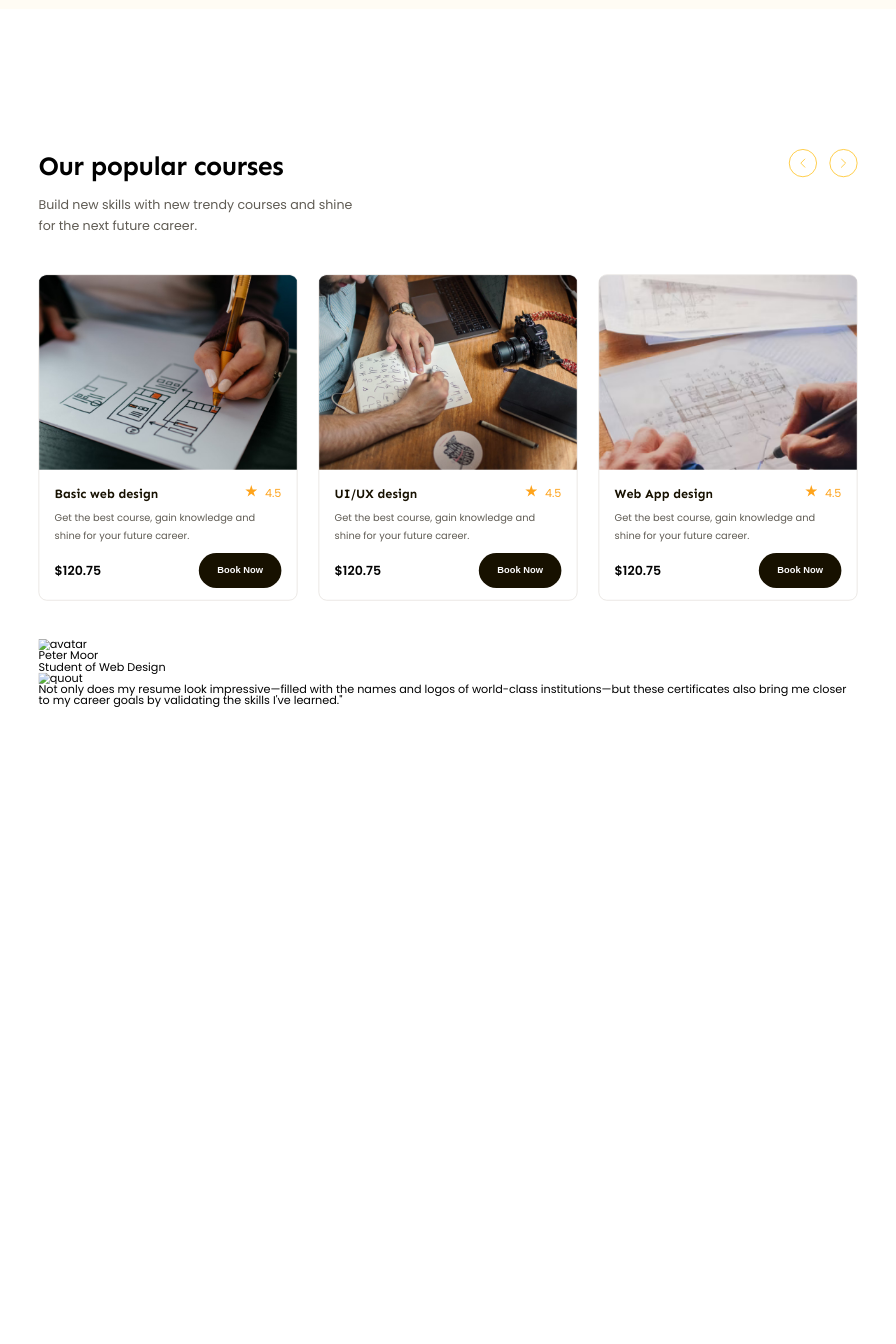
Repository: Toihoclaptrinh/duan1_figma
Page: index.html
An editor plug-in stored every save of this project. The page is shown before and after the next save, followed by the edit.
The browser window is 1280 px wide. The pictures show the part of the page from y = 890 to 2810 px (the page is 10000 px tall), at 70% of full size.

Above is the page before, as saved 2024-02-09 23:08:24.

After the next save:
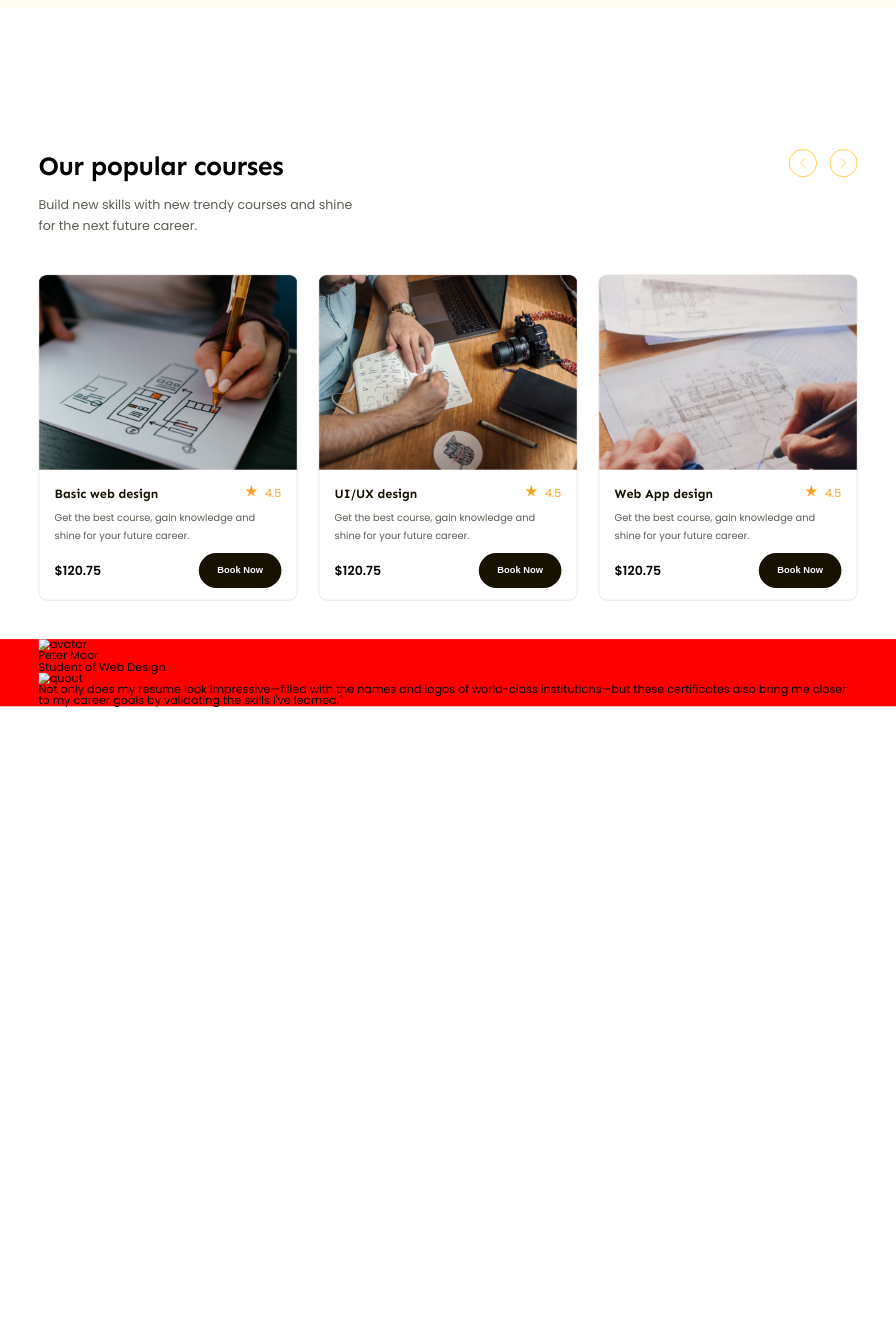
Saved 23 s later.
--- a/assets/css/style.css
+++ b/assets/css/style.css
@@ -405,3 +405,7 @@ a {
   color: #ffffff;
   cursor: pointer;
 }
+
+.feedback {
+  background-color: red;
+}

After the save that followed:
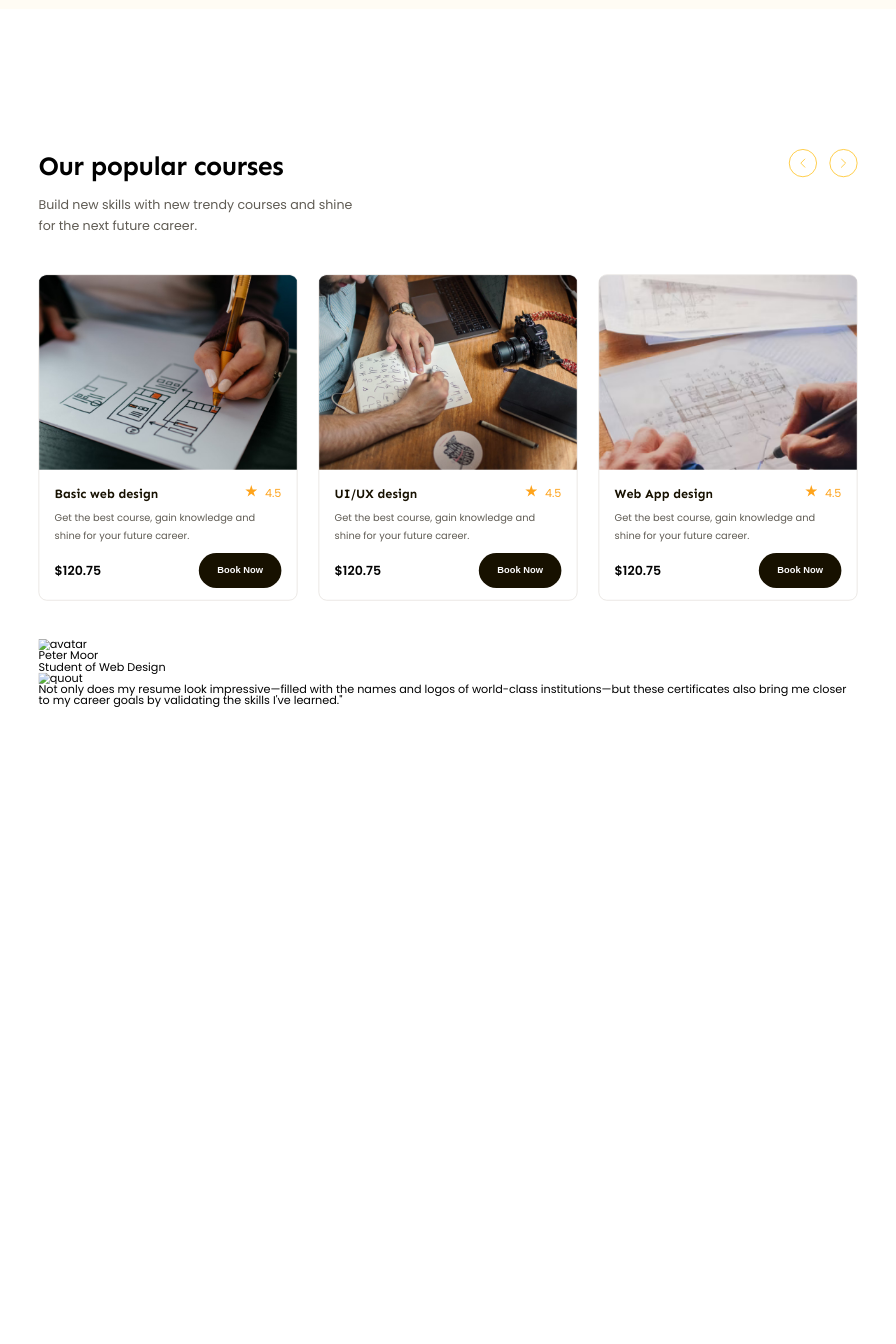
Saved 41 s later.
--- a/assets/css/style.css
+++ b/assets/css/style.css
@@ -407,5 +407,8 @@ a {
 }
 
 .feedback {
-  background-color: red;
-}
+  width: 1440px
+height: 380px
+top: 1945px
+
+}
